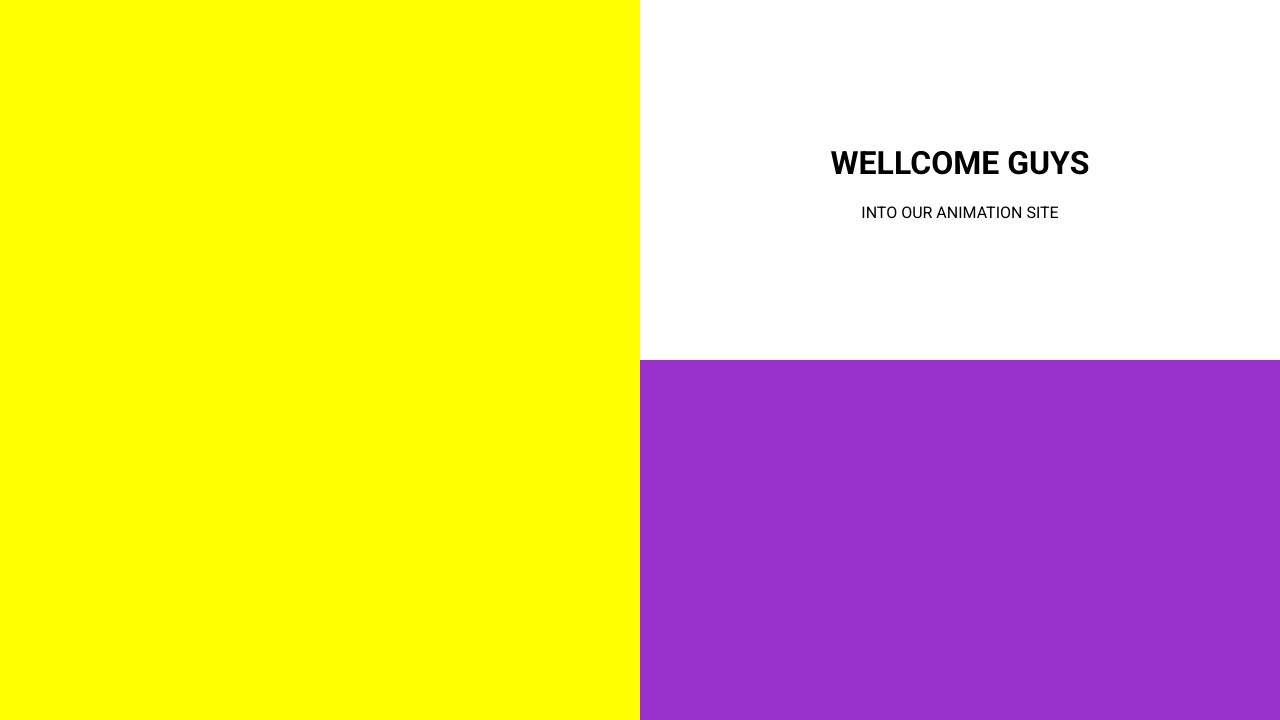
Repository: Rinzlerte/react-reveale-animation
Page: /main
These files come from the project's save history. The page is drawn as it stood at one moment and after the next save; the edit follows.
The browser window is 1280 px wide. The pictures show the whole page.
The project was rebuilt for these pictures with package versions that can differ from the ones it lists, and the page was loaded fresh each time. Also part of the build but not shown: src/components/home/Promoslider.jsx, src/components/home/Header.jsx, src/components/home/Home.jsx, src/components/secondary/Secondary.css, src/components/secondary/Secondary.jsx, src/components/ui/BackBtn.js, src/components/featured/About.jsx, src/components/featured/Inform.jsx and 3 more.

Above is the page before, as saved 2019-10-22 16:59:52.

### public/index.html
<!DOCTYPE html>
<html lang="en">
  <head>
    <meta charset="utf-8" />
    <link rel="icon" href="%PUBLIC_URL%/favicon.ico" />
    <meta name="viewport" content="width=device-width, initial-scale=1" />
    <meta name="theme-color" content="#000000" />
    <meta
      name="description"
      content="Web site created using create-react-app"
    />
    <link rel="apple-touch-icon" href="logo192.png" />
    <link rel="stylesheet" href="https://fonts.googleapis.com/css?family=Roboto:300,400,500,700&display=swap" />
    <link rel="manifest" href="%PUBLIC_URL%/manifest.json" />
    <title>React App</title>
  </head>
  <body>
    <noscript>You need to enable JavaScript to run this app.</noscript>
    <div id="root"></div>
  </body>
</html>

### src/App.js
import React, { Component } from 'react';
import { BrowserRouter, Route } from 'react-router-dom';
import './Resources/styles.css'

import Home from './components/home/Home';
import Main from './components/main/Main';


import About from './components/featured/About';
import Inform from './components/featured/Inform';

import Navigation from './components/navigation/Navigation';
import Contacts from './components/featured/Contacts';

export default class App extends Component {
  render() {
    return (
      <BrowserRouter >
        <Route exact path="/" render={() => <Home />} />
        <Route path="/main" render={() => <Main />}/>
        <Route path="/inform" render={() => <Inform />}/>
        <Route path="/menu" render={() => <Navigation />}/>
        <Route path="/contacts" render={() => <Contacts />}/>
        <Route path="/about" render={() => <About />}/>
      </BrowserRouter>
    )
  }
}

### src/Resources/styles.css
body {
  margin: 0;
  font-family: -apple-system, BlinkMacSystemFont, "Segoe UI", "Roboto", "Oxygen",
    "Ubuntu", "Cantarell", "Fira Sans", "Droid Sans", "Helvetica Neue",
    sans-serif;
  -webkit-font-smoothing: antialiased;
  -moz-osx-font-smoothing: grayscale;
  padding: 0;
  box-sizing: border-box;
  font-family: "Roboto", sans-serif;
}

code {
  font-family: source-code-pro, Menlo, Monaco, Consolas, "Courier New",
    monospace;
}

.home, .container{
  width: 100%;
}

.container{
  height: 100%;
}

/* HEADER */
.header_logo{
  color: white;
  font-size: 28px;
}

.home{
  display: flex;
  justify-content: space-between;
  align-items: center;
  flex-direction: column;
}




/* FOOTER */
.footer{
  bottom: 0;
  position: absolute;
  display: block;
  width: 100%;
  height: 80px;
  z-index: 99;
  display: flex;
  align-items: center;
  justify-content: space-around;
}


.arrow-btn, .back-btn{
  display: block;
}

.arrow-btn, .cross-btn, .back-btn{
  background-size: cover !important;

}




.box:hover + a{
    display: block !important;
}

.link{
  display: none;
}

### src/components/main/Main.jsx
import React from 'react';
import {ArrowBtn} from '../ui/ArrowBtn';
import {CrossBtn} from '../ui/CrossBtn';

import Slide from 'react-reveal/Slide';
import Wellcome from './Wellcome';
import Information from './Information';

import Secondary from '../secondary/Secondary';

import './Main.css';

  export default class Main extends React.Component {
      constructor(props){
          super(props);
          this.state={
			secondary: false,
		}
		this.toogleSecondary = this.toogleSecondary.bind(this);
		this.handleEvent = this.handleEvent.bind(this);
      }

	handleEvent = (event) =>{
		var y = event.deltaY;
		if (y > 0) {
			console.log("scroll down");
		this.setState({
			secondary : true,
		})
		} else {
			console.log("scroll up");
			this.setState({
				// secondary : false,
			})
		}
	}
	toogleSecondary = (value) => {
		console.log(value);
		this.setState({
			secondary : value
		});
	}

    render(){
        return (
				<div className="main" style={{ height:`${window.innerHeight}px`}} onWheel={(event)=>this.handleEvent(event)}>
					<div className="container" style={{display:`flex`, height:`${window.innerHeight}px`}}>
						<Slide left>
							<div className="about-box">
								<CrossBtn  width="50px" height="50px" link="true" linkTo="/about"/>
							</div>
						</Slide>
						<Slide right>
							<div className="intro">
								<Wellcome />
								<Information />
							</div>
						</Slide>
					</div>
					{	this.state.secondary?
						<Secondary />
						:null
					}
					<div className="footer" onClick={(e)=>this.toogleSecondary(true)}>
						<ArrowBtn
							width="56px" height="56px" link="true" linkTo="/secondary"
						/>
					</div>
				</div>
        );
    }
}

### src/components/ui/ArrowBtn.js
import React from "react";
import { Link } from "react-router-dom";

import IconImage from "../../Resources/images/logos/down-arrow.svg";

export const ArrowBtn = props => {
  const template = (
    <div
      className="arrow-btn"
      style={{
        width: props.width,
        height: props.height,
        background: `url(${IconImage}) no-repeat`
      }}
    />
  );

  if (props.link) {
    return (
      <Link to={props.linkTo} className="link">
        {template}
      </Link>
    );
  } else {
    return template;
  }
};

### src/components/ui/CrossBtn.js
import React from "react";
import { Link } from "react-router-dom";

import image from "../../Resources/images/logos/close.svg";

export const CrossBtn = props => {
  const template = (
    <div
      className="cross-btn"
      style={{
        width: props.width,
        height: props.height,
        background: `url(${image}) no-repeat`
      }}
    />
  );

  if (props.link) {
    return (
      <Link to={props.linkTo} className="link">
        {template}
      </Link>
    );
  } else {
    return template;
  }
};

### src/components/main/Wellcome.jsx
import React from 'react';

const Wellcome = () => {
    return (
        <div className="wellcome-box">
         <div className="wellcome-wrapper">
            <h1>WELLCOME GUYS</h1>
            <p>INTO OUR ANIMATION SITE</p>
         </div>
        </div>
    );
};

export default Wellcome;

### src/components/main/Information.jsx
import React from 'react';
import { CrossBtn} from '../ui/CrossBtn';

const Informaton = () => (
            <div className="inform-box">
                <CrossBtn  width="50px" height="50px" link="true" linkTo="/inform" />
            </div>
    );

export default Informaton;

### src/components/main/Main.css

.main{
	display: flex;
	width: 100%;
	overflow: hidden;
}

.intro, .about{
	width: 50%;
	height: 100%;
}

.about-box{
	width: 50%;
	height: 100%;
	background-color: yellow;
	display: flex;
	justify-content: space-around;
	align-items: center;
}

.wellcome-box{
	width: 100%;
	height: 50%;
	background-color: white;
	display: flex;
	justify-content: space-around;
	align-items: center;
	text-align: center;
}


.inform-box{
	width: 100%;
	height: 50%;
	display: flex;
	justify-content: space-around;
	align-items: center;
	background-color: darkorchid;
}

Loaded but not shown: src/index.js (common file)

After the next save:
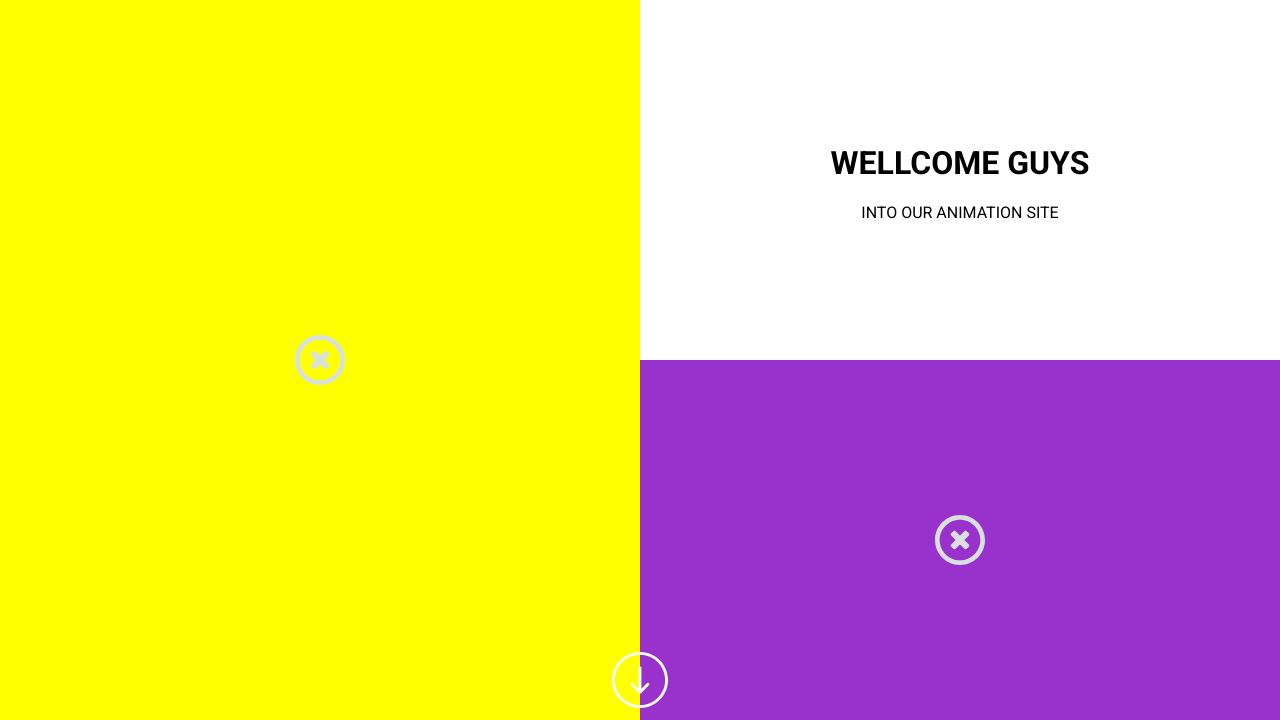
Saved 15 s later.
--- a/src/Resources/styles.css
+++ b/src/Resources/styles.css
@@ -70,5 +70,5 @@ code {
 }
 
 .link{
-  display: none;
+  display: block;
 }
